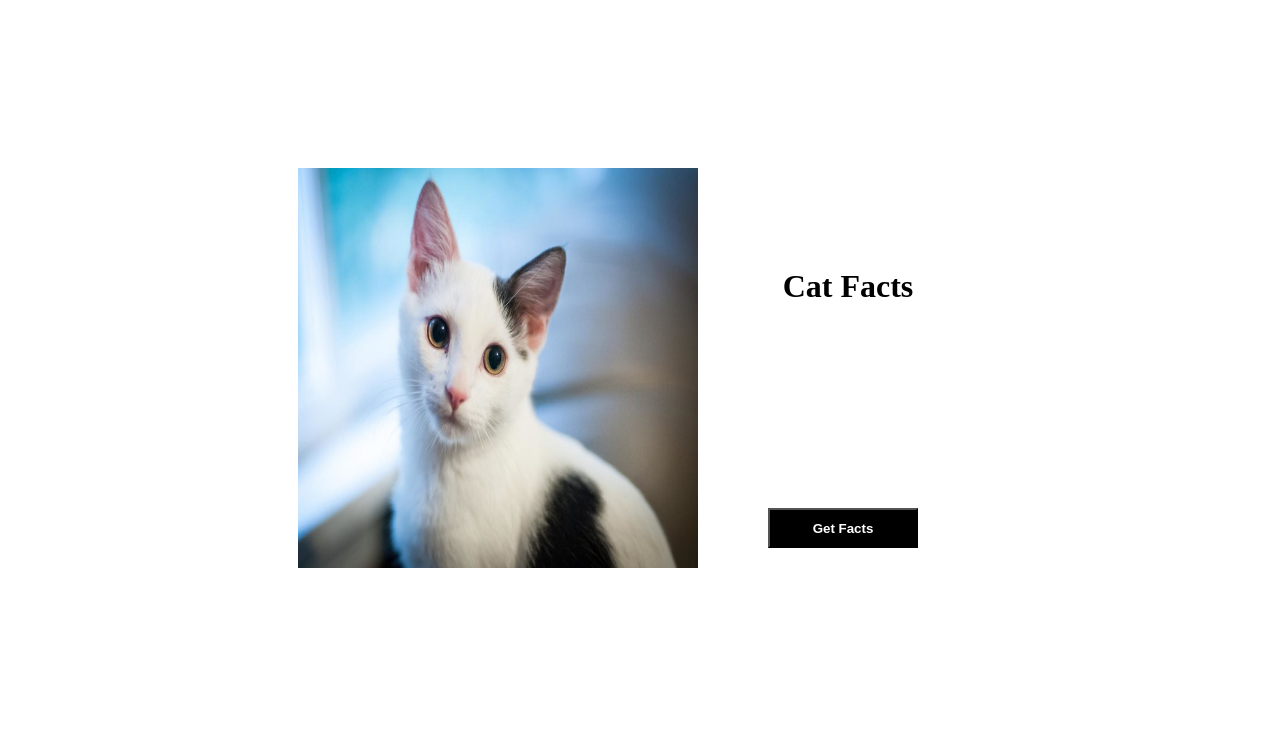
Repository: AustinW24/pg-catfacts
Page: cat-facts.html
The author's editor kept a copy of each file at every save. The page is drawn from the files as they stood at one save, then again after a run of saves.
The browser window is 1280 px wide. The page is 1288 px wide, so the pictures cover 1288 px, including what lies to the right of the window. The pictures show the whole page.
The page's requests for data from a server got no answer. Some web libraries are served in a nearby version.

Above is the page before, as saved 2021-12-29 17:45:33.
Console error: TypeError: Cannot read properties of null (reading 'addEventListener')

After the next 3 saves:
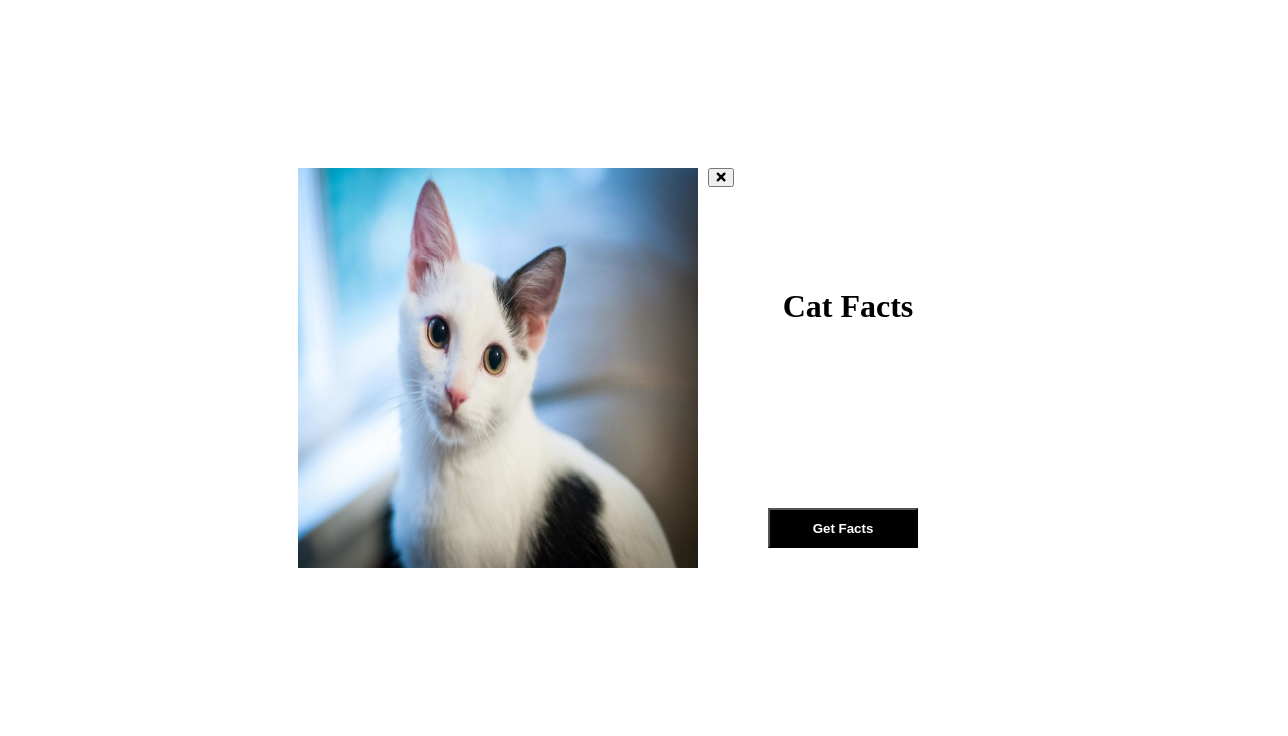
The 3 saves are shown as one change because they came seconds apart.
The last was saved 24 s later.
--- a/cat-facts.css
+++ b/cat-facts.css
@@ -8,7 +8,7 @@ body {
     align-items: center;
     justify-content: center;
 }
-button {
+.facts__button {
     color: white;
     background-color: black;
     width: 150px;
